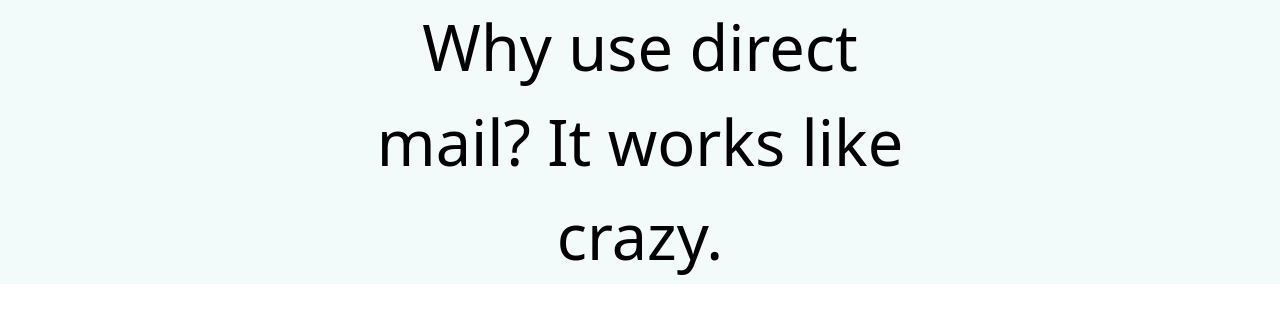
Repository: trusha97/postpilot
Page: mailsende.html
An editor plug-in stored every save of this project. The page is shown before and after the next save, followed by the edit.
The browser window is 1280 px wide. The pictures show the whole page.
Some web libraries are served in a nearby version.

Above is the page before, as saved 2025-05-21 11:34:03.

After the next save:
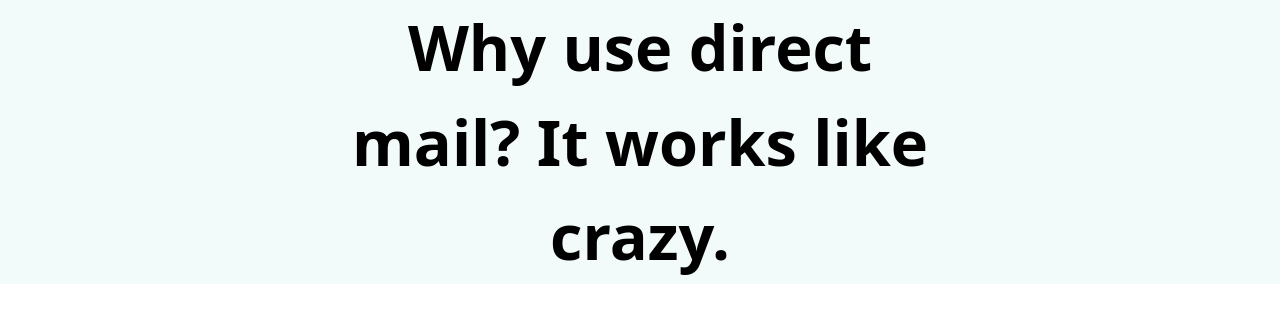
Saved 13 s later.
--- a/mailsende.html
+++ b/mailsende.html
@@ -12,7 +12,7 @@
 <body>
     <div class="bg-[#F3FAFA]">
         <div>
-            <p class="text-[63px] max-w-[585px] text-center mx-auto text-bold">Why use direct mail?
+            <p class="text-[63px] max-w-[585px] text-center mx-auto font-bold">Why use direct mail?
                 It <span>works</span> like crazy.</p>
         </div>
     </div>
